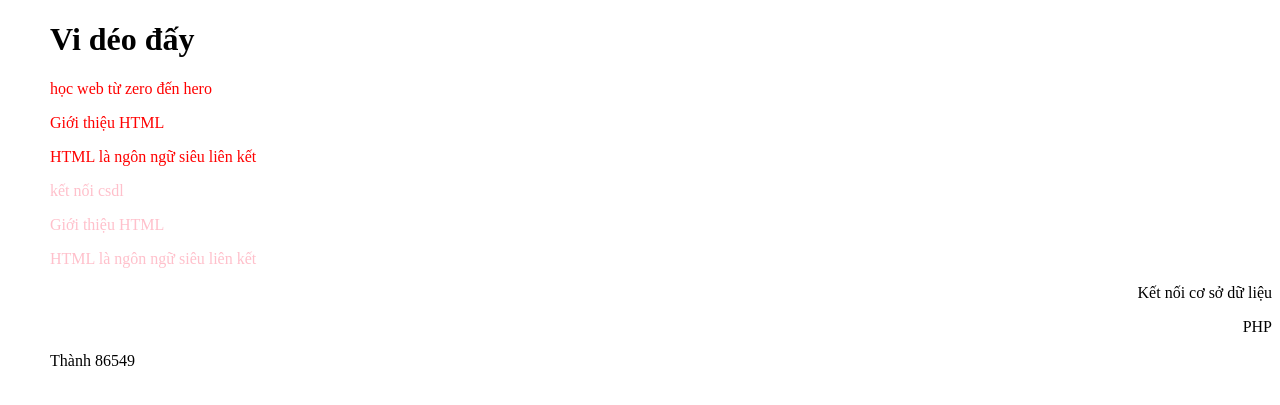
Repository: thanhp6868/ltWeb
Page: 2709.html
The author's editor kept a copy of each file at every save. The page is drawn from the files as they stood at one save, then again after the next save.
The browser window is 1280 px wide. The pictures show the whole page.

Above is the page before, as saved 2023-09-27 13:53:57.

### 2709.html
<!DOCTYPE html>
<html lang="en">
<head>
    <meta charset="UTF-8">
    <link rel="stylesheet" href="style.css">
    <meta name="viewport" content="width=device-width, initial-scale=1.0">
    <title>chèn vi déo</title>
</head>
<body marginleft =0>
    <header>
        <h1><b>Vi déo đấy</b></h1>
    </header>
    <div>
        <font color="red">
            học web từ zero đến hero
            <P> Giới thiệu HTML
            <P> HTML là ngôn ngữ siêu liên kết</P>
        </font>
    </div>

    <div>
        <font color="pink">
            kết nối csdl
            <P> Giới thiệu HTML
            <P> HTML là ngôn ngữ siêu liên kết</P>
        </font>
    </div>
    <DIV align = right>
        Kết nối cơ sở dữ liệu
        <P>
            PHP
        </P>
    </DIV>

    <footer>
        Thành 86549
    </footer>

</body>
</html>

### style.css
body {
    margin-left: 50px;
}

After the next save:
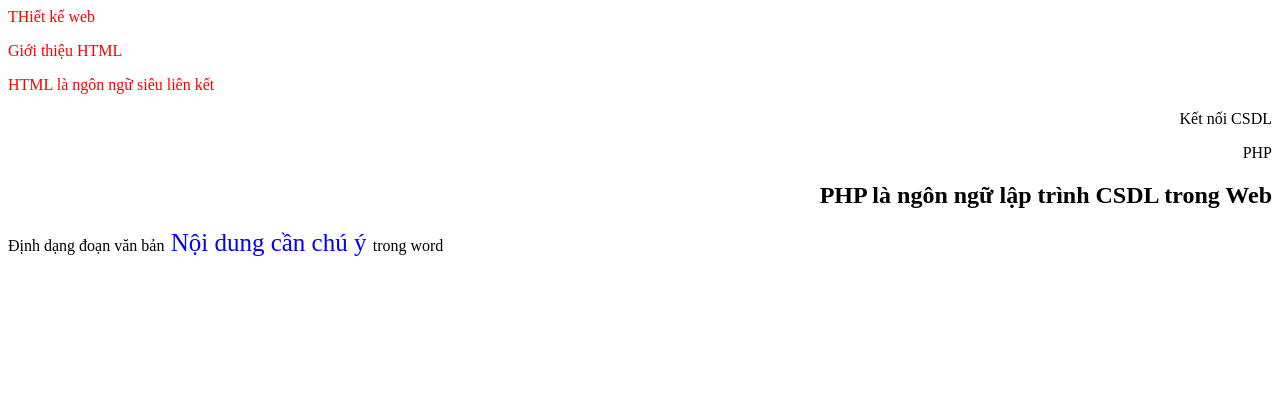
Saved 1 s later.
--- a/2709.html
+++ b/2709.html
@@ -1,40 +1,28 @@
-<!DOCTYPE html>
-<html lang="en">
-<head>
-    <meta charset="UTF-8">
-    <link rel="stylesheet" href="style.css">
-    <meta name="viewport" content="width=device-width, initial-scale=1.0">
-    <title>chèn vi déo</title>
-</head>
-<body marginleft =0>
-    <header>
-        <h1><b>Vi déo đấy</b></h1>
-    </header>
-    <div>
+<HTML>
+    <HEAD>
+        <TITLE> DIV va SPAN </TITLE>
+    </HEAD>
+    <BODY marginleft=50>
+
+        <DIV>
         <font color="red">
-            học web từ zero đến hero
+
+            THiết kế web
             <P> Giới thiệu HTML
             <P> HTML là ngôn ngữ siêu liên kết</P>
         </font>
-    </div>
 
-    <div>
-        <font color="pink">
-            kết nối csdl
-            <P> Giới thiệu HTML
-            <P> HTML là ngôn ngữ siêu liên kết</P>
-        </font>
-    </div>
-    <DIV align = right>
-        Kết nối cơ sở dữ liệu
-        <P>
-            PHP
-        </P>
-    </DIV>
+        </DIV>
 
-    <footer>
-        Thành 86549
-    </footer>
 
-</body>
-</html>
+        <DIV align = right> Kết nối CSDL
+            <P> PHP
+            <BR>
+            <H2> PHP là ngôn ngữ lập trình CSDL trong Web</H2>
+        </DIV>
+
+
+    <P> Định dạng đoạn văn bản<SPAN STYLE = "font-size:25; color: blue"> Nội dung cần chú ý </SPAN>trong word
+
+    </BODY>
+    </HTML>
